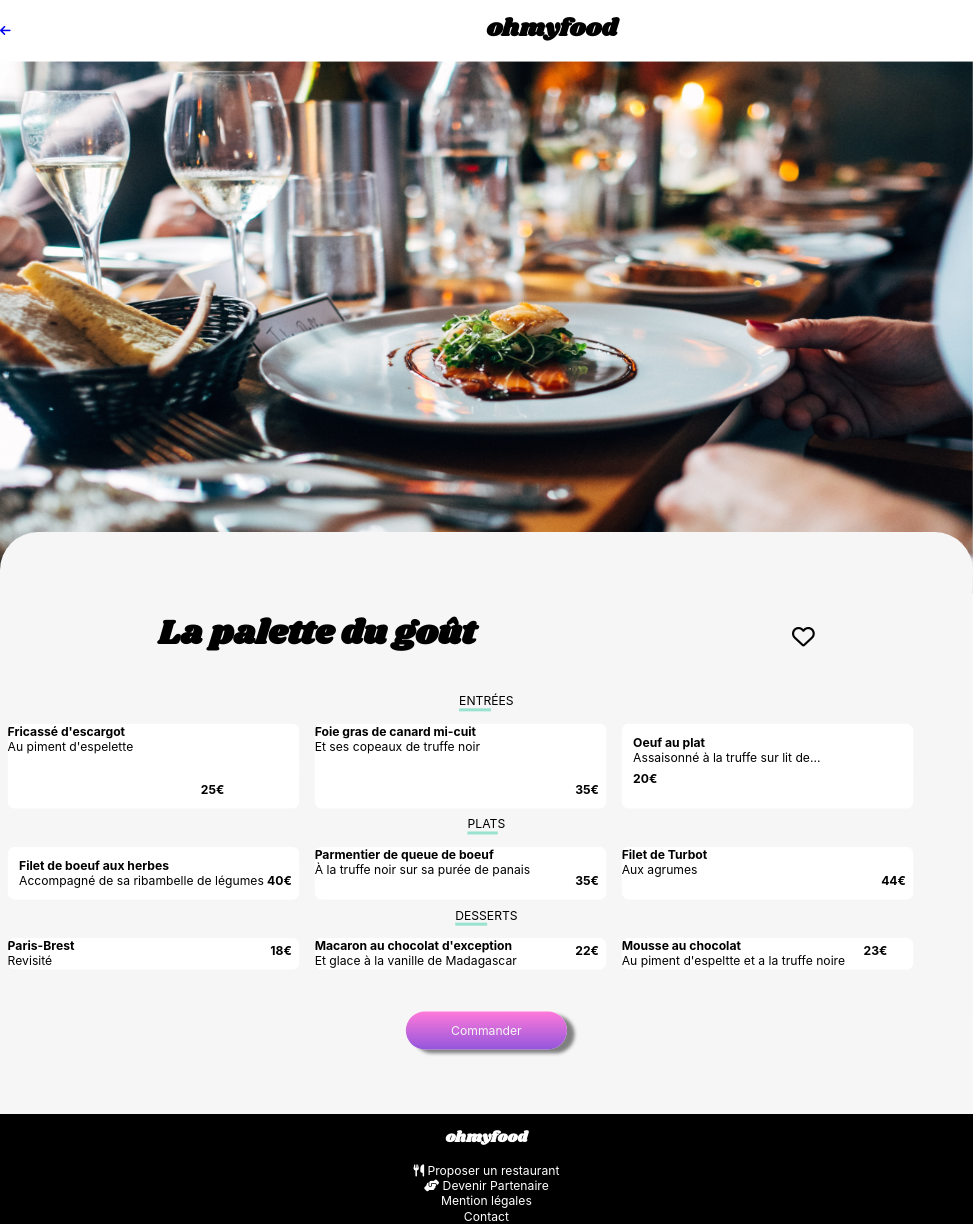
Repository: yacinebouk/ohmyfood
Page: palette.html
These files come from the project's save history. The page is drawn as it stood at one moment and after the next save; the edit follows.
The browser window is 1280 px wide. The pictures show the whole page, at 76% of full size.
Some web libraries are served in a nearby version. The style sheet was rebuilt from its Sass, Less or Tailwind sources for each picture, by a compiler version that may differ from the author's.

Above is the page before, as saved 2022-06-28 13:01:56.

After the next save:
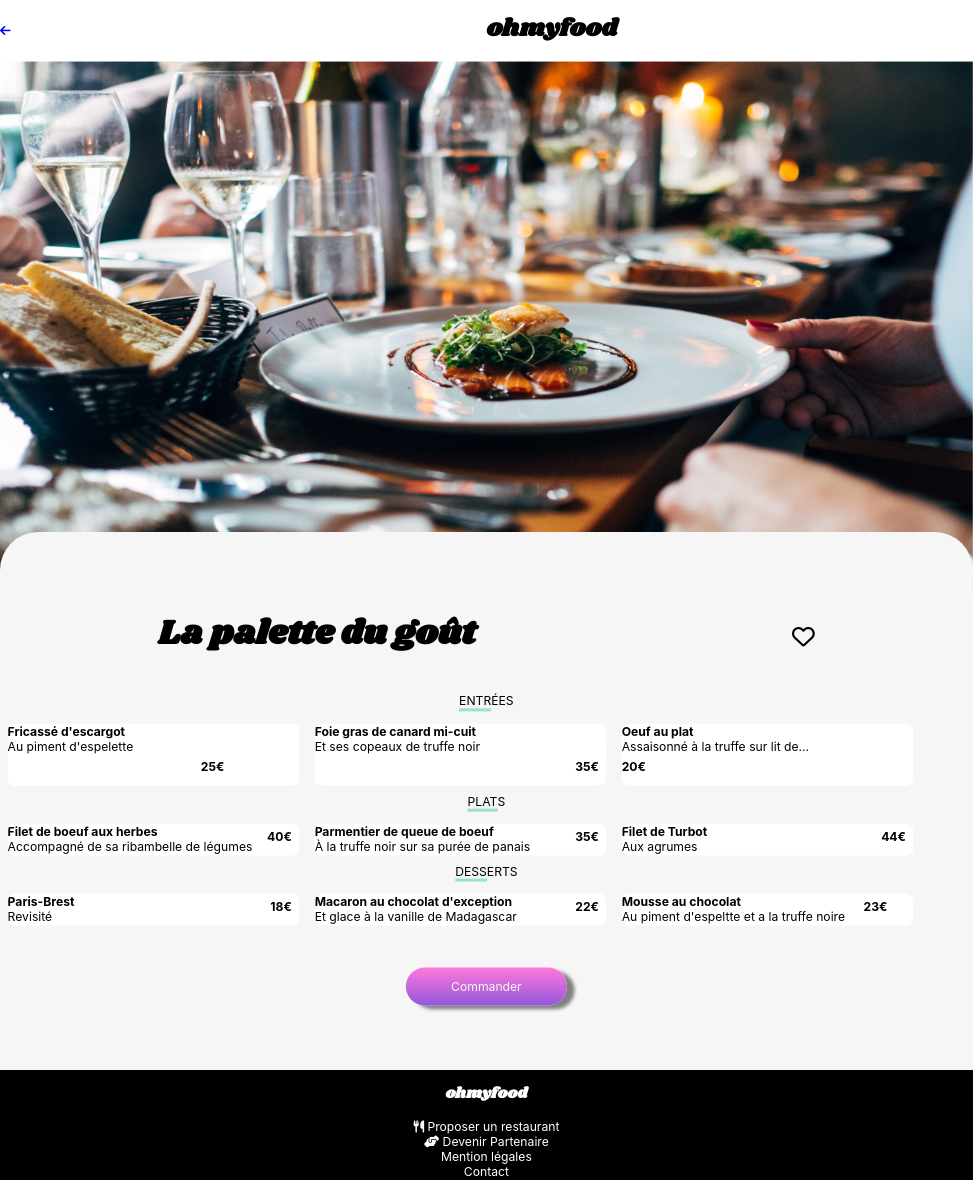
Saved 3 min 16 s later.
--- a/style/francaise.scss
+++ b/style/francaise.scss
@@ -175,16 +175,6 @@
              color: #f6f6f6;
          }
 
-         .pd-15 {
-             width: 100%;
-             padding: 15px 0px 15px 15px;
-             white-space: nowrap;
-             overflow: hidden;
-             text-overflow: ellipsis;
-             display: block;
-             width: 100%;
-         }
-
          .border:hover .icon-slide {
              width: 40px;
          }

After the save that followed:
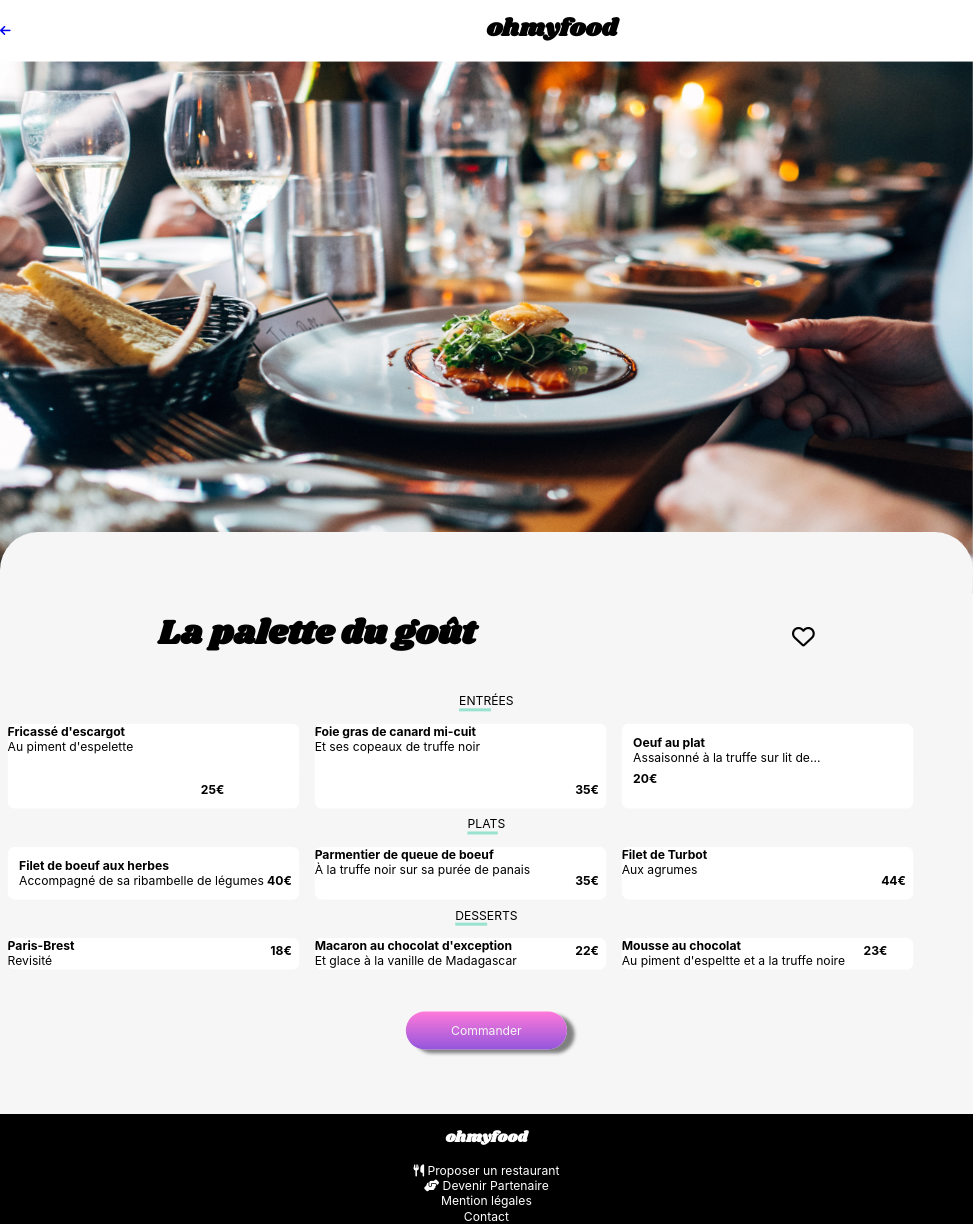
Saved 13 s later.
--- a/style/francaise.scss
+++ b/style/francaise.scss
@@ -175,6 +175,16 @@
              color: #f6f6f6;
          }
 
+         .pd-15 {
+             width: 100%;
+             padding: 15px 0px 15px 15px;
+             white-space: nowrap;
+             overflow: hidden;
+             text-overflow: ellipsis;
+             display: block;
+             width: 100%;
+         }
+
          .border:hover .icon-slide {
              width: 40px;
          }
